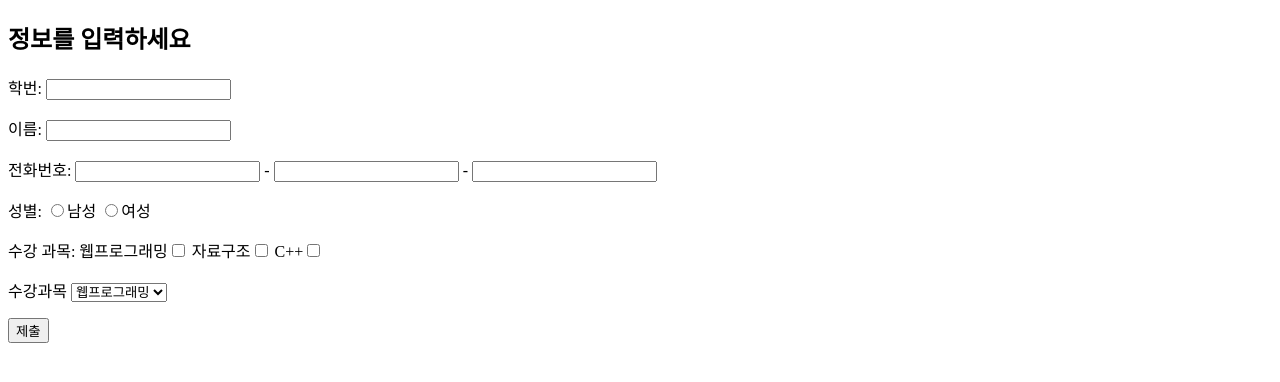
Repository: xxeionw/java_form
Page: http://localhost/formpro/form.jsp
These files come from the project's save history. The page is drawn as it stood at one moment and after the next save; the edit follows.
The browser window is 1280 px wide. The pictures show the whole page.
The page is served by Tomcat 9. Other server files are loaded and not shown.

Above is the page before, as saved 2025-05-26 08:03:55.

### formpro/src/main/webapp/form.jsp
<%@ page language="java" contentType="text/html; charset=EUC-KR"
    pageEncoding="EUC-KR"%>
<!DOCTYPE html>
<html>
<head>
<meta charset="EUC-KR">
<title>입력 폼</title>
</head>
<body>
	<h2> 정보를 입력하세요</h2>
    <form action="result.jsp" method="post">
        <p>학번: <input type="text" name="studentId"></p>
        <p>이름: <input type="text" name="name"></p>
        <p>전화번호: <input type="text" maxlength="4" name="phone1"> -
        <input type="text" maxlength="4" name="phone2"> -
        <input type="text" maxlength="4" name="phone3"></p>

        <p>성별: <input type ="radio" name ="sex" value= "남성">남성
        <input type = "radio" name ="sex" value="여성">여성

        <p>수강 과목: 웹프로그래밍<input type="checkbox" name="subject1">
        	자료구조<input type="checkbox" name="subject2">
        	C++<input type="checkbox" name="subject3">
        <p>수강과목
            <select name="subject">
                <option value="웹프로그래밍">웹프로그래밍</option>
                <option value="자료구조">자료구조</option>
                <option value="알고리즘">알고리즘</option>
            </select>
        </p>
        <input type="submit" value="제출">
    </form>
</body>
</html>

After the next save:
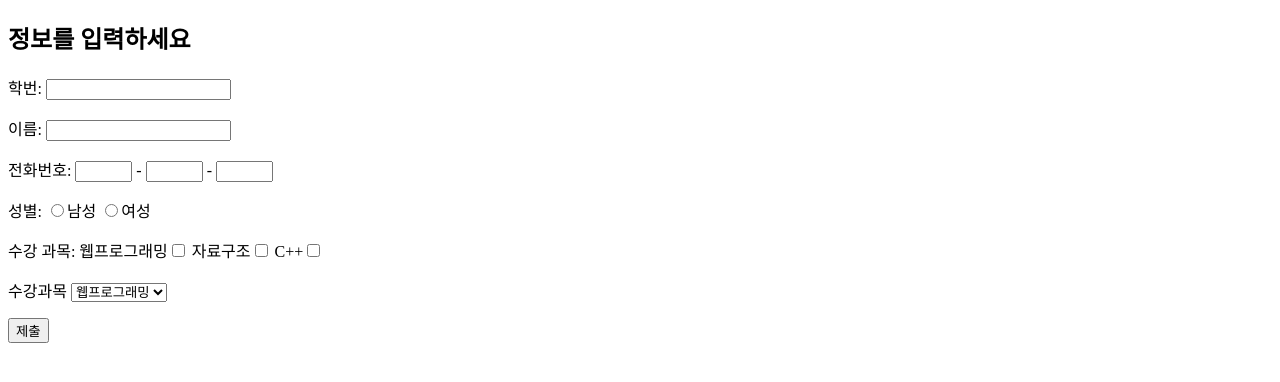
Saved 100 s later.
--- a/formpro/src/main/webapp/form.jsp
+++ b/formpro/src/main/webapp/form.jsp
@@ -11,9 +11,9 @@
     <form action="result.jsp" method="post">
         <p>학번: <input type="text" name="studentId"></p>
         <p>이름: <input type="text" name="name"></p>
-        <p>전화번호: <input type="text" maxlength="4" name="phone1"> -
-        <input type="text" maxlength="4" name="phone2"> -
-        <input type="text" maxlength="4" name="phone3"></p>
+        <p>전화번호: <input type="text" maxlength="4" size="4" name="phone1"> -
+        <input type="text" maxlength="4" size="4" name="phone2"> -
+        <input type="text" maxlength="4" size="4" name="phone3"></p>
 
         <p>성별: <input type ="radio" name ="sex" value= "남성">남성
         <input type = "radio" name ="sex" value="여성">여성
